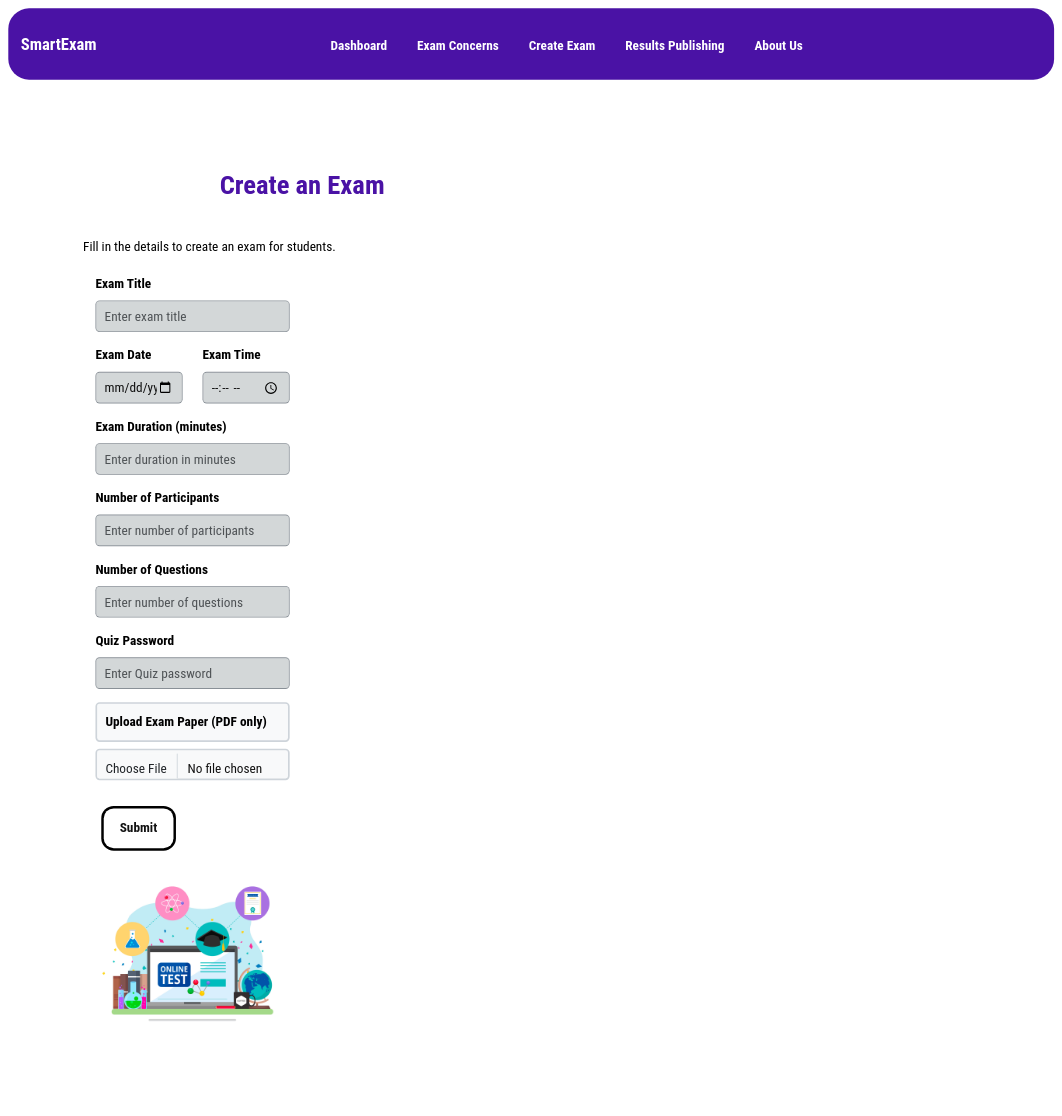
Repository: DissanayakeDA/Registration-web-app
Page: http://localhost/Online-Exam-Management-Web-App/examForm.jsp
The author's editor kept a copy of each file at every save. The page is drawn from the files as they stood at one save, then again after the next save.
The browser window is 1280 px wide. The pictures show the whole page, at 83% of full size.
Some web fonts or font styles are not loaded; a fallback is used. The page is served by Tomcat 9.

Above is the page before, as saved 2024-10-20 06:44:55.

After the next save:
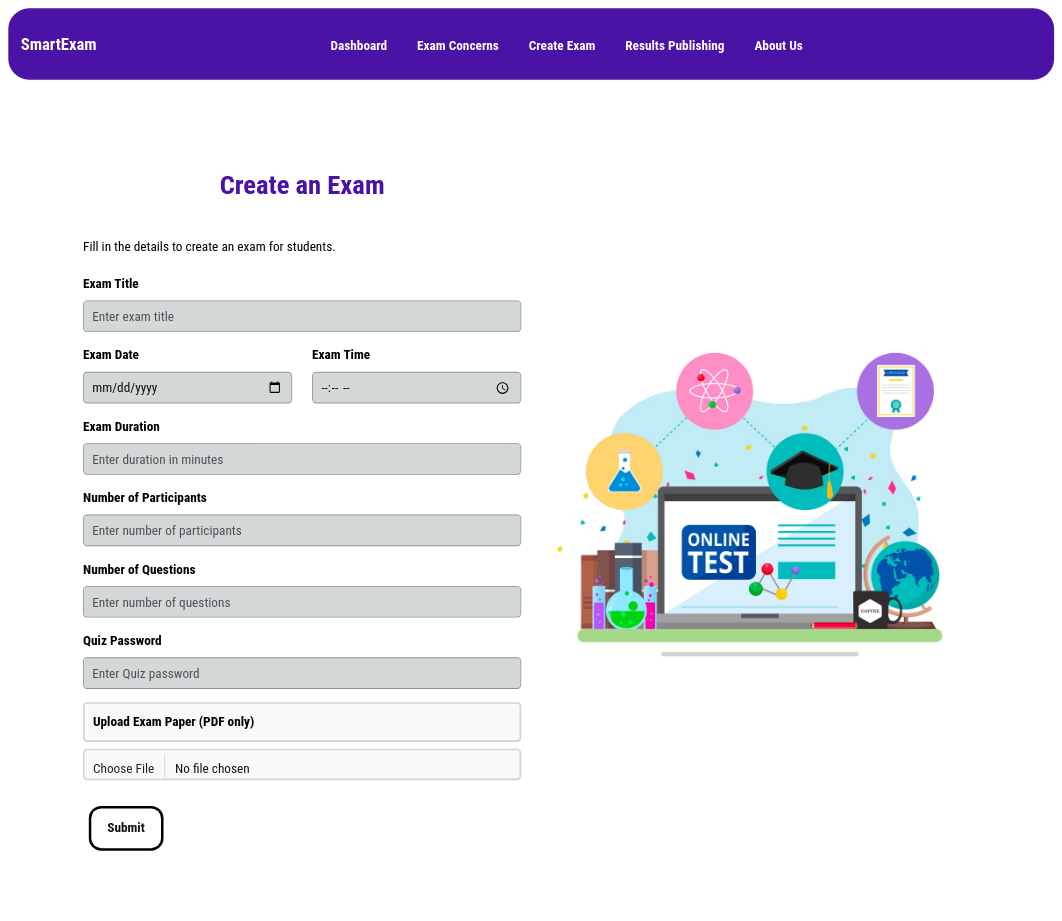
Saved 43 s later.
--- a/Online-Exam-Management-Web-App/src/main/webapp/examForm.jsp
+++ b/Online-Exam-Management-Web-App/src/main/webapp/examForm.jsp
@@ -86,68 +86,10 @@
           <p>Fill in the details to create an exam for students.</p>
 
 
-
-
-            <div class="col-md-6">
-
-          <form action="ExamInsertServlet" method="POST" id="exam-form" onsubmit="return validateForm()">
-
-            <div class="mb-3">
-              <label for="exam-title" class="form-label">Exam Title</label>
-              <input type="text" class="form-control" id="exam-title" name="Title" placeholder="Enter exam title" required />
-            </div>
-
-            <div class="mb-3">
-              <div class="row">
-                <div class="col-md-6">
-                  <label for="exam-date" class="form-label">Exam Date</label>
-                  <input type="date" class="form-control" id="exam-date" name="Date" required />
-                </div>
-                <div class="col-md-6">
-                  <label for="exam-time" class="form-label">Exam Time</label>
-                  <input type="time" class="form-control" id="exam-time" name="Time" required />
-                </div>
-              </div>
-            </div>
-
-            <div class="mb-3">
-              <label for="exam-duration" class="form-label">Exam Duration (minutes)</label>
-              <input type="number" class="form-control" id="exam-duration" name="Duration" placeholder="Enter duration in minutes" required />
-            </div>
-
-            <div class="mb-3">
-              <label for="num-participants" class="form-label">Number of Participants</label>
-              <input type="number" class="form-control" id="num-participants" name="TotalParticipants" placeholder="Enter number of participants" required />
-            </div>
-
-            <div class="mb-3">
-              <label for="num-questions" class="form-label">Number of Questions</label>
-              <input type="number" class="form-control" id="num-questions" name="TotalQuestions" placeholder="Enter number of questions" required />
-            </div>
-
-            <div class="mb-3">
-              <label for="q-password" class="form-label">Quiz Password</label>
-              <input type="text" class="form-control" id="q-password" name="Password" placeholder="Enter Quiz password" required />
-            </div>
-
-            <div class="mb-3">
-              <label id="exam-paper" class="form-label">Upload Exam Paper (PDF only)</label>
-              <input type="file" class="form-control" id="exam-paper" name="paperFile" accept=".pdf" required />
-            </div>
-
-            <div class="btn-container mt-4">
-              <input type="submit" value="Submit" id="add-question-btn" class="button-35" role="button" />
-            </div>
-
-          </form>
-        </div>
-
-        <div class="col-md-6 image-container">
-          <img src="images/exam.jpg" alt="Exam Image" class="img-fluid" />
-        </div>
-      </div>
-    </div>
-   <!--
+   <form action="ExamInsertServlet" method="POST" id="exam-form" >
+
+
+
 
            <tr>
             <div class="mb-3">
@@ -291,7 +233,7 @@
           <img src="images/exam.jpg" alt="Exam Image" class="img-fluid" />
         </div>
       </div>
-    </div>-->
+    </div>
 
 
 
